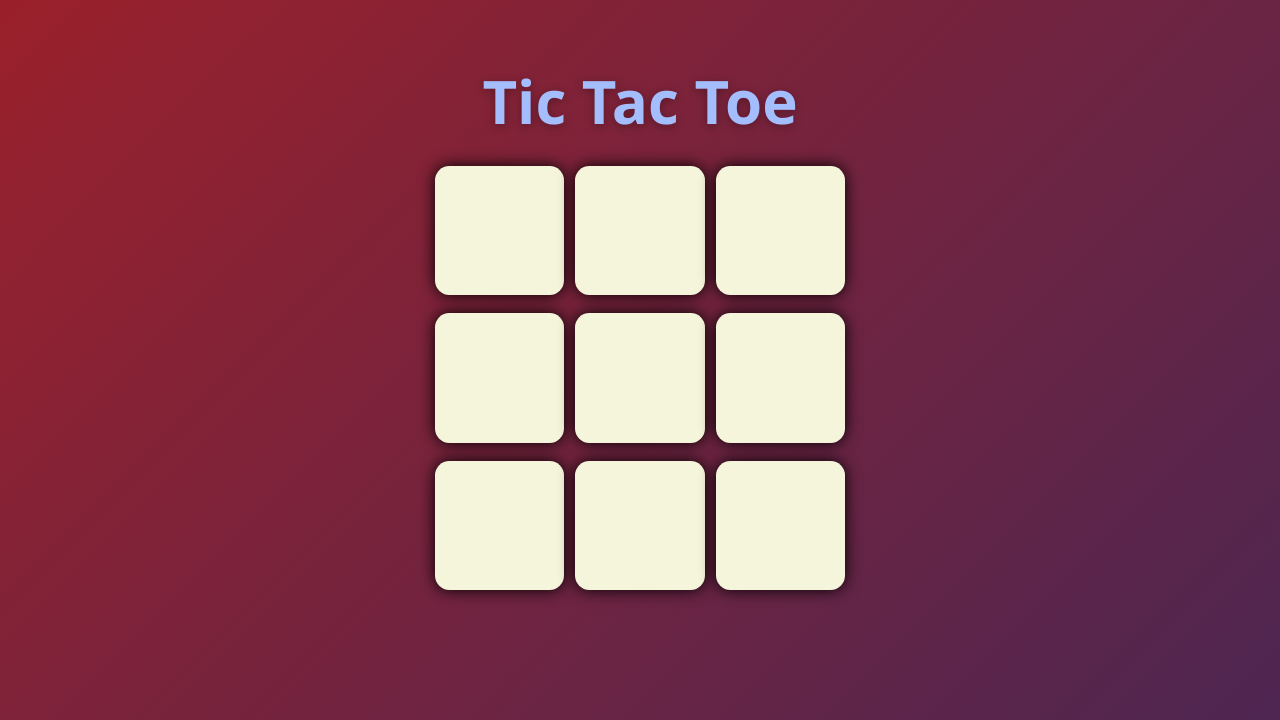
Repository: AreezAnsari/Tic-Tac-Toe
Page: Game/Game.html
These files come from the project's save history. The page is drawn as it stood at one moment and after the next save; the edit follows.
The browser window is 1280 px wide. The pictures show the whole page.

Above is the page before, as saved 2025-07-22 07:40:18.
Console error: TypeError: box.addEventListener is not a function

### Game/Game.html
<!DOCTYPE html>
<html lang="en">
<head>
    <meta charset="UTF-8">
    <meta name="viewport" content="width=device-width, initial-scale=1.0">
    <title>Document</title>
    <link rel="stylesheet" href="Game.css">
</head>
<body>

    <div class="msg-container hide">
        <p class="msg">Winner</p>
        <button class="new-btn">New Game</button>
    </div>    <main>
        <h1>Tic Tac Toe</h1>
    <div class="container">
        <div class="game">
        <button class="box"></button>
        <button class="box"></button>
        <button class="box"></button>
        <button class="box"></button>
        <button class="box"></button>
        <button class="box"></button>
        <button class="box"></button>
        <button class="box"></button>
        <button class="box"></button>
        </div>
        </div>
        <button class="reset-btn hide">Reset</button>
    </main>
    <script src="Game.js"></script>
</body>
</html>

### Game/Game.css
/* Reset and Base Styling */
* {
  margin: 0;
  padding: 0;
  box-sizing: border-box;
}

body {
  text-align: center;
  background: linear-gradient(135deg, #1a2a6c, #b21f1f, #1a2a6c);
  background-size: 400% 400%;
  animation: gradientBG 15s ease infinite;
  font-family: 'Segoe UI', Tahoma, Geneva, Verdana, sans-serif;
  min-height: 100vh;
  position: relative;
  padding-top: 60px;
  color: white;
}

@keyframes gradientBG {
  0% { background-position: 0% 50%; }
  50% { background-position: 100% 50%; }
  100% { background-position: 0% 50%; }
}

h1 {
  color: #A4BDFC;
  font-size: 60px;
  padding-bottom: 20px;
  text-shadow: 0 2px 10px rgba(0,0,0,0.3);
}

.container {
  display: flex;
  flex-direction: column;
  align-items: center;
  justify-content: center;
}

.game {
  height: 60vmin;
  width: 60vmin;
  gap: 1.5vmin;
  display: flex;
  flex-wrap: wrap;
  align-items: center;
  justify-content: center;
}

.box {
  color: black;
  background-color: beige;
  height: 18vmin;
  width: 18vmin;
  font-weight: bolder;
  font-size: clamp(2rem, 8vmin, 5rem); /* 🔥 Responsive font */
  border: none;
  border-radius: 2vmin;
  box-shadow: 0 0 1rem rgb(0, 0, 1);
  cursor: pointer;
  transition: all 0.3s ease;
  animation: popIn 0.5s ease;
}

.box:hover {
  background: linear-gradient(135deg, #ffeaa7, #eecf8d);
  color: #e74c3c;
  transform: translateY(-4px);
  box-shadow: 0 6px 14px rgba(0, 0, 0, 0.4);
}

.box:active {
  transform: scale(0.96);
}

.reset-btn,
.new-btn {
  padding: 1vmin;
  font-size: 2.5vmin;
  font-weight: bold;
  background-color: black;
  color: white;
  border-radius: 1vmin;
  width: 20vmin;
  height: 7vmin;
  margin-top: 2vmin;
  cursor: pointer;
  transition: all 0.3s ease;
}

.reset-btn:hover,
.new-btn:hover {
  color: red;
  transform: translateY(-2px);
}

.reset-btn:active,
.new-btn:active {
  transform: scale(0.98);
}

.msg-container {
  position: fixed;
  top: 0;
  left: 50%;
  transform: translate(-50%, 0);
  padding: 16px 30px;
  background-color: rgba(0, 0, 0, 0.7);
  border-radius: 12px;
  backdrop-filter: blur(6px);
  box-shadow: 0 6px 20px rgba(0, 0, 0, 0.4);
  animation: slideDown 0.6s ease forwards;
  z-index: 9999;
  display: flex;
  flex-direction: column;
  align-items: center;
}

.msg {
  font-size: 5vmin;
  color: beige;
}

.hide {
  display: none;
}

.box.win {
  animation: pulse 1.5s infinite;
  background: #2ecc71;
  color: white;
}

/* Animations */
@keyframes pulse {
  0% { transform: scale(1); }
  50% { transform: scale(1.1); }
  100% { transform: scale(1); }
}

@keyframes slideDown {
  0% {
    opacity: 0;
    transform: translate(-50%, -100%);
  }
  100% {
    opacity: 1;
    transform: translate(-50%, 0);
  }
}

@keyframes popIn {
  0% {
    opacity: 0;
    transform: scale(0.6);
  }
  100% {
    opacity: 1;
    transform: scale(1);
  }
}

### Game/Game.js
let box = document.querySelectorAll(".box");
let button = document.querySelector("button");
let container = document.querySelector(".container");

let value = "X";

const btn = () => {
  if (value === "X") {
    button.innerHTML = "Y";
    Value = "Y";
  } else {
    button.innerText = "X";
    Value = "X";
  }
};

box.addEventListener("click", btn);

After the next save:
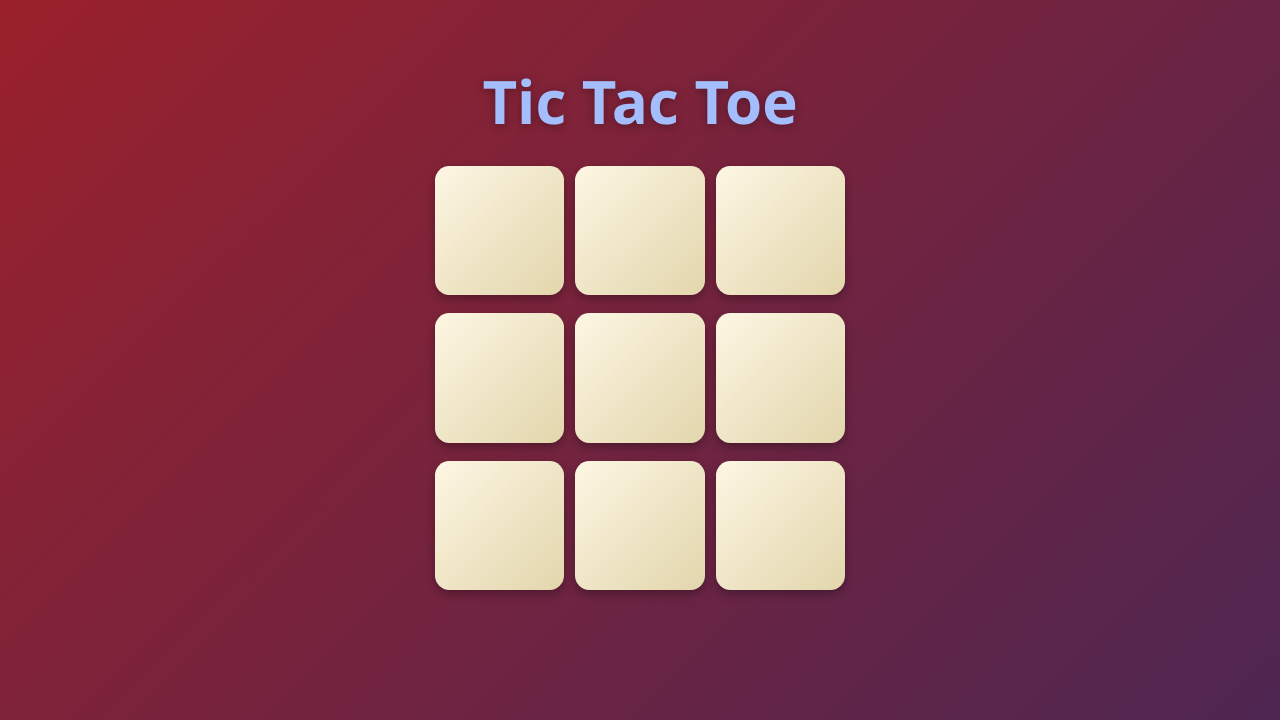
Saved 21 s later.
--- a/Game/Game.css
+++ b/Game/Game.css
@@ -48,20 +48,19 @@
 }
 
 .box {
-  color: black;
-  background-color: beige;
+  color: #1a1a1a;
+  background: linear-gradient(135deg, #fdf6e3, #e2d6ac);
   height: 18vmin;
   width: 18vmin;
   font-weight: bolder;
-  font-size: clamp(2rem, 8vmin, 5rem); /* 🔥 Responsive font */
+  font-size: clamp(2rem, 8vmin, 5rem);
   border: none;
   border-radius: 2vmin;
-  box-shadow: 0 0 1rem rgb(0, 0, 1);
+  box-shadow: 0 4px 10px rgba(0, 0, 0, 0.3);
   cursor: pointer;
   transition: all 0.3s ease;
   animation: popIn 0.5s ease;
 }
-
 .box:hover {
   background: linear-gradient(135deg, #ffeaa7, #eecf8d);
   color: #e74c3c;
